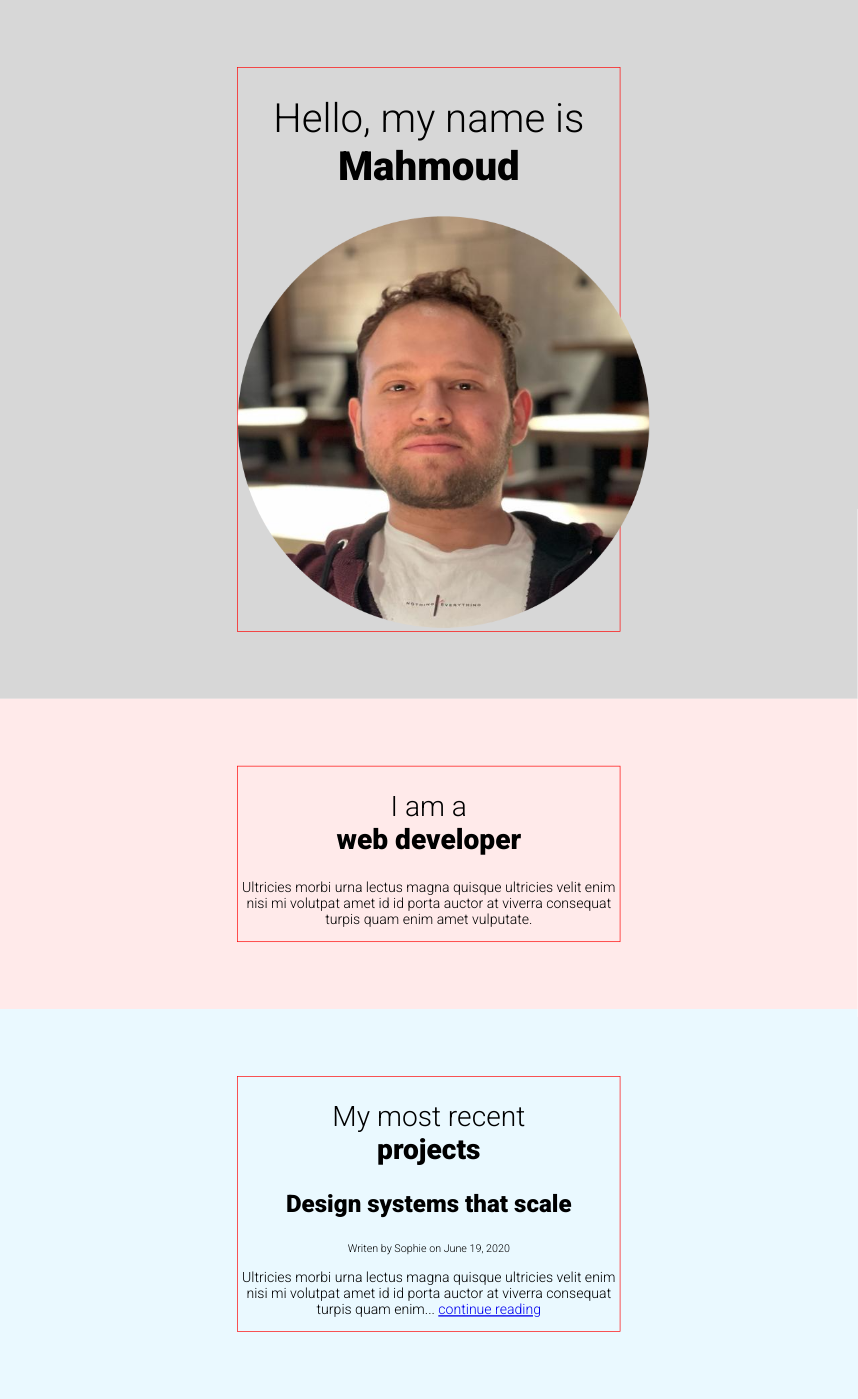
Repository: Doumham-Armah/portfolio
Page: index.html
These files come from the project's save history. The page is drawn as it stood at one moment and after the next save; the edit follows.
The browser window is 1280 px wide. The pictures show the whole page, at 67% of full size.

Above is the page before, as saved 2021-08-17 12:35:18.

### index.html
<!DOCTYPE html>
<html>
  <head>
    <title>HTML & CSS Fundamentals | Challenges</title>
    <link rel="preconnect" href="https://fonts.googleapis.com" />
    <link rel="preconnect" href="https://fonts.gstatic.com" crossorigin />
    <link
      href="https://fonts.googleapis.com/css2?family=Roboto:wght@300;900&display=swap"
      rel="stylesheet"
    />
    <link href="./style.css" rel="stylesheet" />
  </head>

  <body>
    <header>
      <div class="container">
        <h1>Hello, my name is <span>Mahmoud</span></h1>
        <img
          class="my-photo"
          src="./images/circle-image.png"
          alt="image of me"
        />
      </div>
    </header>

    <section class="about-me">
      <div class="container">
        <h2>I am a <span>web developer</span></h2>
        <p>
          Ultricies morbi urna lectus magna quisque ultricies velit enim nisi mi
          volutpat amet id id porta auctor at viverra consequat turpis quam enim
          amet vulputate.
        </p>
      </div>
    </section>

    <section class="projects">
      <div class="container">
        <h2>My most recent <span>projects</span></h2>
        <article>
          <h3>Design systems that scale</h3>
          <p class="small-text">Writen by Sophie on June 19, 2020</p>
          <p>
            Ultricies morbi urna lectus magna quisque ultricies velit enim nisi
            mi volutpat amet id id porta auctor at viverra consequat turpis quam
            enim... <a href="#">continue reading</a>
          </p>
        </article>
      </div>
    </section>
  </body>
</html>

### style.css
body {
  margin: 0;
  font-size: 1.3125rem;
}

h1,
h2 {
  font-weight: 300;
}

h1 {
  font-size: 3.75rem;
}

h2 {
  font-size: 2.625rem;
}

h3 {
  font-size: 2.25rem;
}

h1 span,
h2 span {
  font-weight: 900;
  display: block;
}

header,
section {
  padding: 6.25rem 0;
}

header {
  background-color: #d7d7d7;
}

.about-me {
  background-color: #ffeaea;
}

.projects {
  background-color: #eaf9ff;
}

.small-text {
  font-size: 16px;
}

.container {
  width: 570px;
  margin: 0 auto;
  border: 1px solid red;
  text-align: center;
  font-family: "Roboto", sans-serif;
}

.my-photo {
  /* max-width: 50%; */
  /* height: auto; */
  /* height: 600px;
  width: 600px;

  border-radius: 50% 50% 0 0; */
}

After the next save:
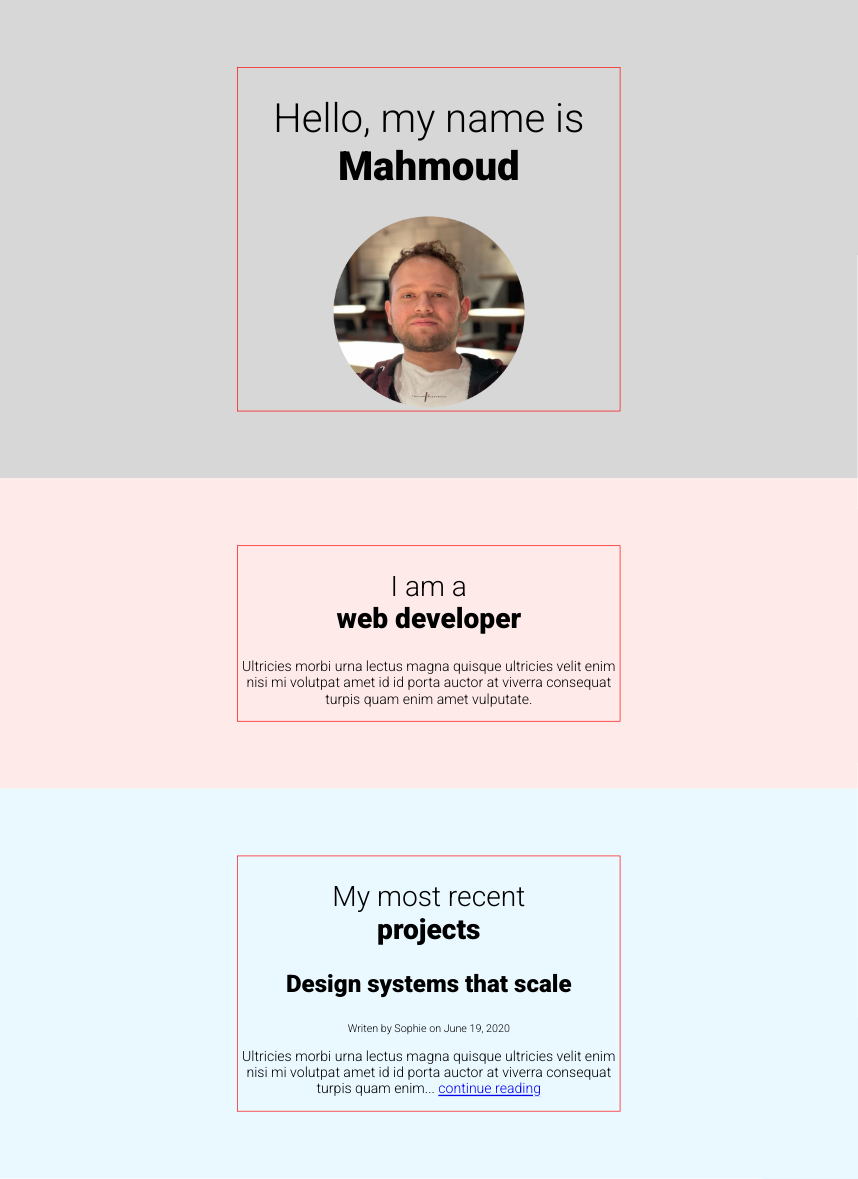
Saved 12 s later.
--- a/style.css
+++ b/style.css
@@ -56,7 +56,7 @@ header {
 }
 
 .my-photo {
-  /* max-width: 50%; */
+  max-width: 50%;
   /* height: auto; */
   /* height: 600px;
   width: 600px;
